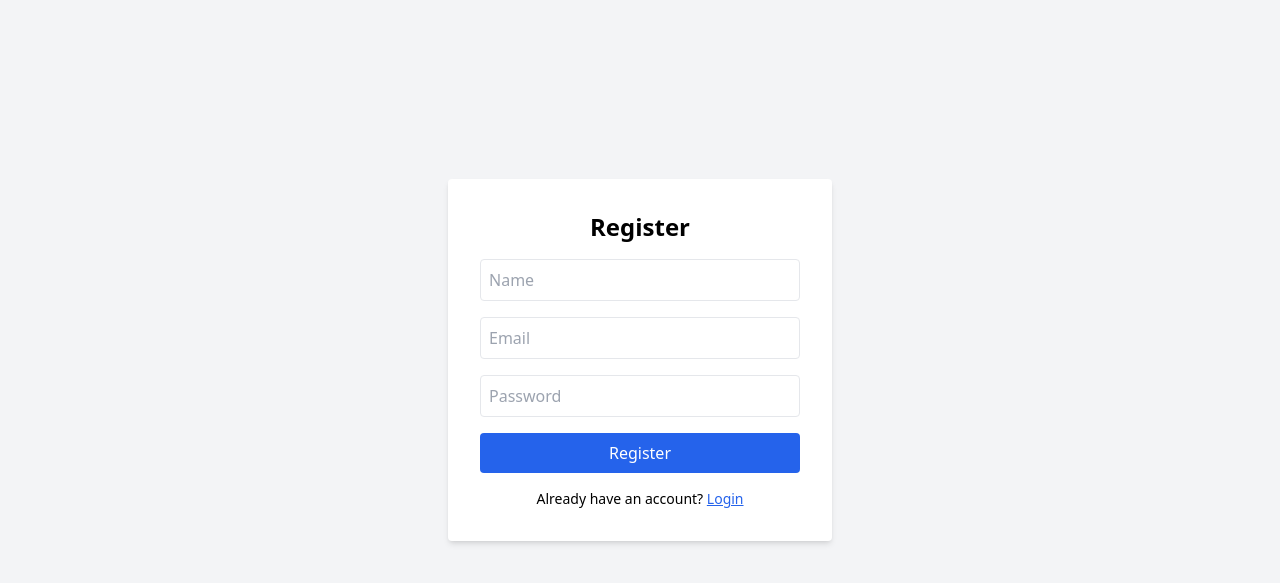
Repository: ruthvik-mt/Trackifi
Page: /register (app in frontend/)
These files come from the project's save history. The page is drawn as it stood at one moment and after the next save; the edit follows.
The browser window is 1280 px wide. The pictures show the whole page.
The project was rebuilt for these pictures with package versions that can differ from the ones it lists, and the page was loaded fresh each time. Also part of the build but not shown: frontend/vite.config.ts, frontend/src/hooks/useAuth.ts, frontend/src/pages/Auth/Login.tsx, frontend/src/components/Sidebar.tsx, frontend/src/components/Navbar.tsx, frontend/src/pages/Dashboard/Layout.tsx, frontend/src/pages/Dashboard/Dashboard.tsx, frontend/src/pages/Categories/CategoryForm.tsx and 14 more.

Above is the page before, as saved 2025-07-14 10:53:08.

After the next save:
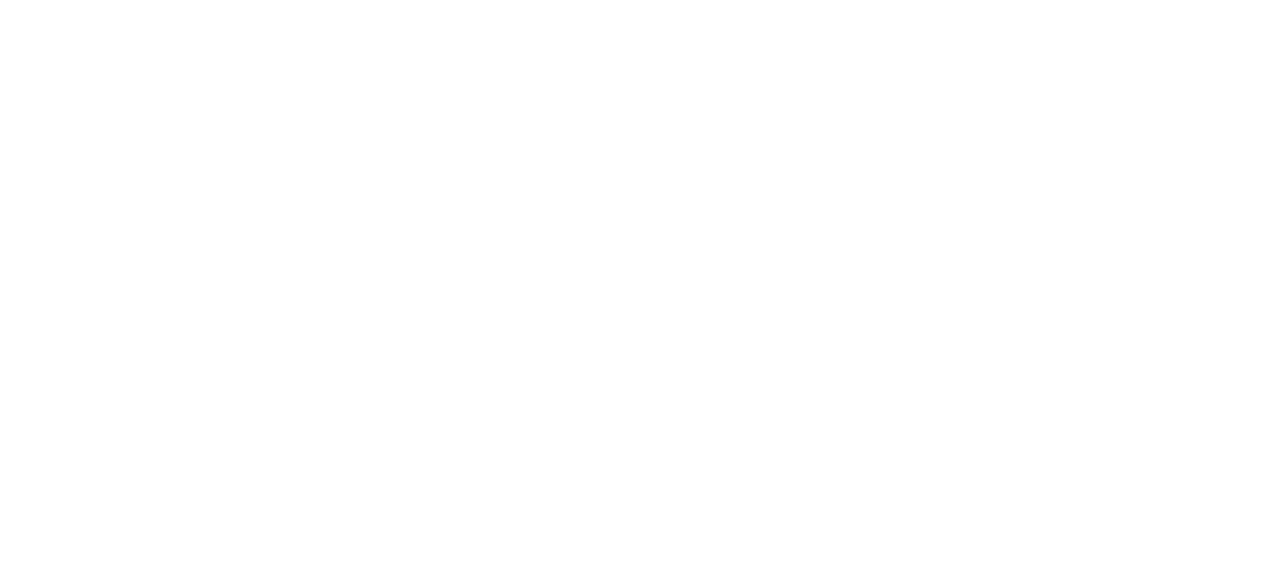
Console error (its wording comes from the project's code and is left out).
Saved 2 min 9 s later.
--- a/frontend/src/main.tsx
+++ b/frontend/src/main.tsx
@@ -21,11 +21,14 @@ import ReactDOM from "react-dom/client";
 import App from "./App";
 import "./tailwind.css";
 import { AuthProvider } from "./context/AuthProvider";
+import { BrowserRouter as Router } from "react-router-dom"; // ✅ Add this
 
 ReactDOM.createRoot(document.getElementById("root")!).render(
   <React.StrictMode>
-    <AuthProvider>
-      <App />
-    </AuthProvider>
+    <Router> {/* ✅ Wrap everything with Router */}
+      <AuthProvider>
+        <App />
+      </AuthProvider>
+    </Router>
   </React.StrictMode>
 );

After the save that followed:
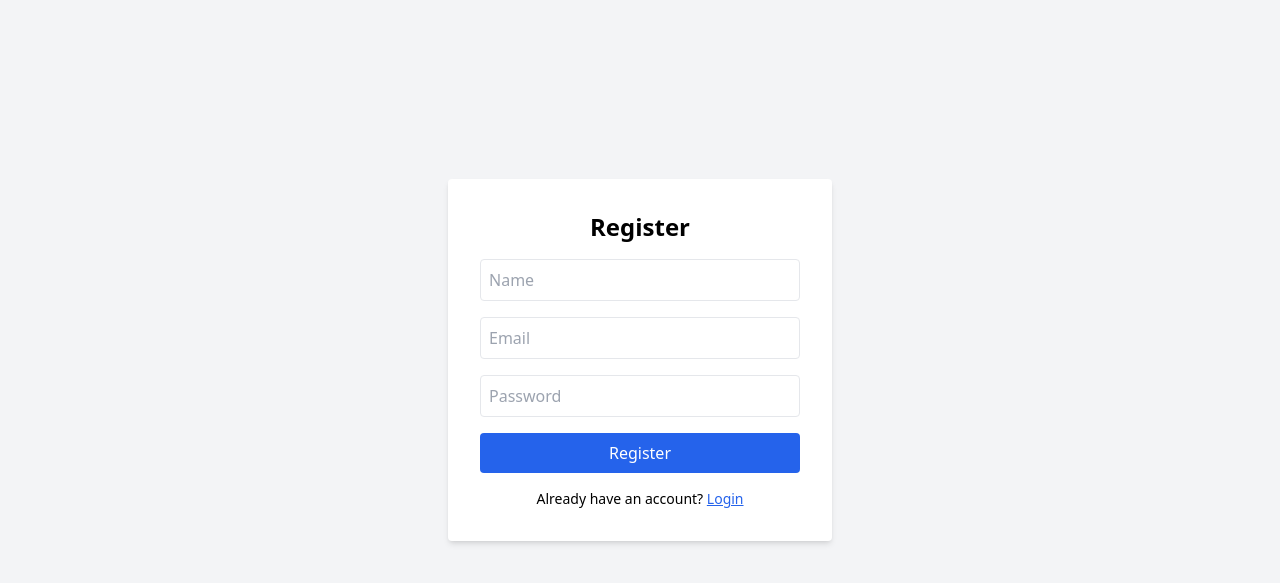
The error is gone.
Saved 68 s later.
--- a/frontend/src/App.tsx
+++ b/frontend/src/App.tsx
@@ -62,7 +62,7 @@
 // export default App;
 
 
-import { BrowserRouter, Routes, Route, Navigate } from "react-router-dom";
+import { Routes, Route, Navigate } from "react-router-dom";
 import Login from "./pages/Auth/Login";
 import Register from "./pages/Auth/Register";
 import Dashboard from "./pages/Dashboard/Dashboard";
@@ -76,73 +76,71 @@ import ProtectedRoute from "./components/ProtectedRoute";
 
 export default function App() {
   return (
-    <BrowserRouter>
-      <Routes>
-        {/* Auth Routes */}
-        <Route path="/login" element={<Login />} />
-        <Route path="/register" element={<Register />} />
+    <Routes>
+      {/* Auth Routes */}
+      <Route path="/login" element={<Login />} />
+      <Route path="/register" element={<Register />} />
 
-        {/* Protected Routes */}
-        <Route
-          path="/dashboard"
-          element={
-            <ProtectedRoute>
-              <Dashboard />
-            </ProtectedRoute>
-          }
-        />
-        <Route
-          path="/categories"
-          element={
-            <ProtectedRoute>
-              <CategoryList />
-            </ProtectedRoute>
-          }
-        />
-        <Route
-          path="/transactions"
-          element={
-            <ProtectedRoute>
-              <TransactionList />
-            </ProtectedRoute>
-          }
-        />
-        <Route
-          path="/budgets"
-          element={
-            <ProtectedRoute>
-              <BudgetList />
-            </ProtectedRoute>
-          }
-        />
-        <Route
-          path="/insights/monthly"
-          element={
-            <ProtectedRoute>
-              <MonthlyTotal />
-            </ProtectedRoute>
-          }
-        />
-        <Route
-          path="/insights/category"
-          element={
-            <ProtectedRoute>
-              <CategoryBreakdown />
-            </ProtectedRoute>
-          }
-        />
-        <Route
-          path="/insights/budget"
-          element={
-            <ProtectedRoute>
-              <BudgetComparison />
-            </ProtectedRoute>
-          }
-        />
+      {/* Protected Routes */}
+      <Route
+        path="/dashboard"
+        element={
+          <ProtectedRoute>
+            <Dashboard />
+          </ProtectedRoute>
+        }
+      />
+      <Route
+        path="/categories"
+        element={
+          <ProtectedRoute>
+            <CategoryList />
+          </ProtectedRoute>
+        }
+      />
+      <Route
+        path="/transactions"
+        element={
+          <ProtectedRoute>
+            <TransactionList />
+          </ProtectedRoute>
+        }
+      />
+      <Route
+        path="/budgets"
+        element={
+          <ProtectedRoute>
+            <BudgetList />
+          </ProtectedRoute>
+        }
+      />
+      <Route
+        path="/insights/monthly"
+        element={
+          <ProtectedRoute>
+            <MonthlyTotal />
+          </ProtectedRoute>
+        }
+      />
+      <Route
+        path="/insights/category"
+        element={
+          <ProtectedRoute>
+            <CategoryBreakdown />
+          </ProtectedRoute>
+        }
+      />
+      <Route
+        path="/insights/budget"
+        element={
+          <ProtectedRoute>
+            <BudgetComparison />
+          </ProtectedRoute>
+        }
+      />
 
-        {/* Default route */}
-        <Route path="*" element={<Navigate to="/login" />} />
-      </Routes>
-    </BrowserRouter>
+      {/* Fallback Route */}
+      <Route path="*" element={<Navigate to="/login" />} />
+    </Routes>
   );
 }
